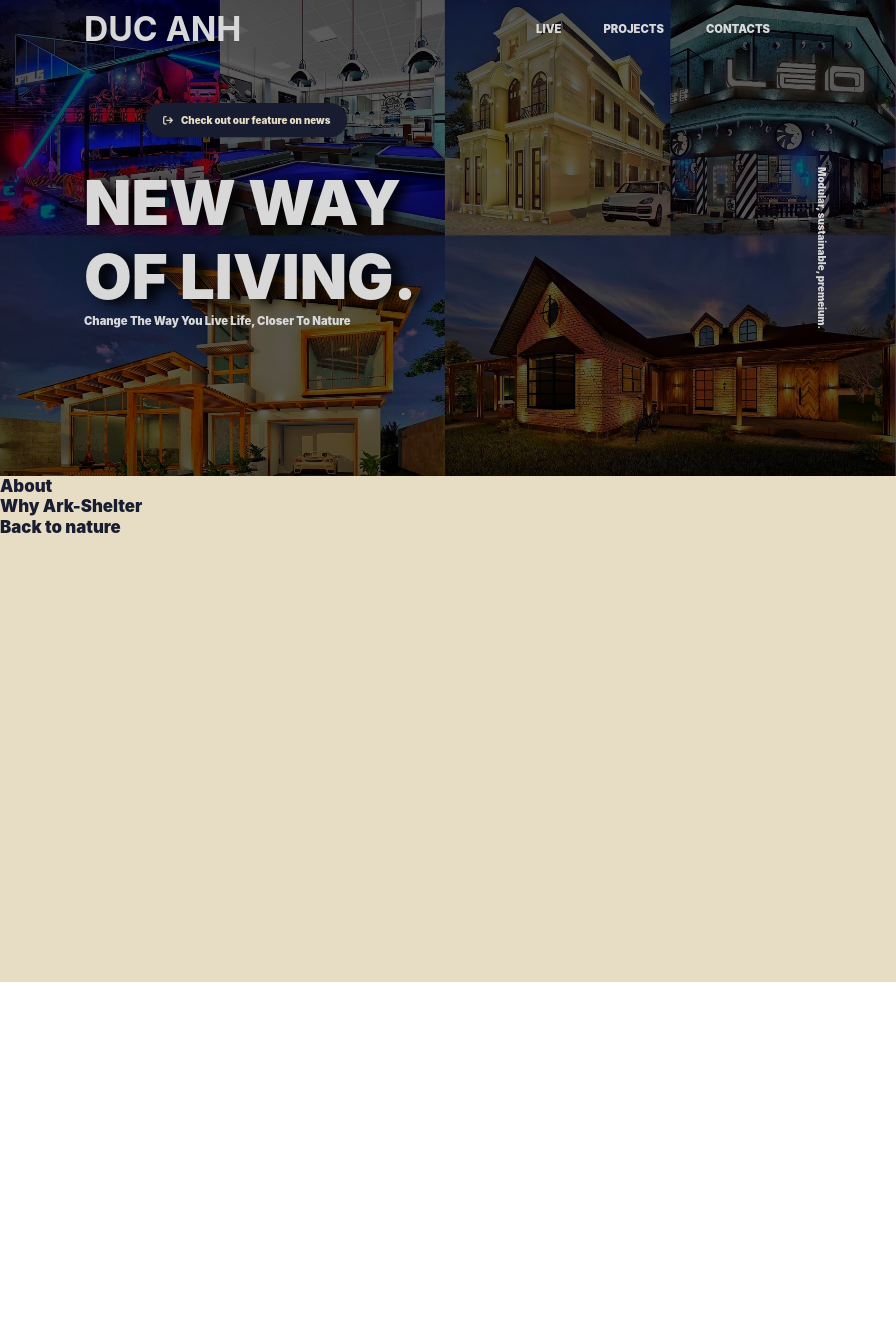
Repository: Ethanxcode/DucAnhNguyen
Page: index.html
These files come from the project's save history. The page is drawn as it stood at one moment and after the next save; the edit follows.
The browser window is 1280 px wide. The pictures show the part of the page from y = 0 to 1920 px (the page is 10000 px tall), at 70% of full size.

Above is the page before, as saved 2023-01-14 01:35:02.

### index.html
<!DOCTYPE html>
<html lang="en">
	<head>
		<meta charset="UTF-8" />
		<meta http-equiv="X-UA-Compatible" content="IE=edge" />
		<meta name="viewport" content="width=device-width, initial-scale=1.0" />
		<link rel="stylesheet" href="./style.css" />
		<link
			rel="stylesheet"
			href="https://cdnjs.cloudflare.com/ajax/libs/font-awesome/6.2.1/css/all.min.css"
		/>
		<!-- <link rel="stylesheet" type="text/css" href="/css/fonts.css" /> -->
		<title>DucAnhNguyen</title>
	</head>
	<body>
		<div id="root">
			<section class="container bgimage header">
				<div
					class="bg-image-holder"
					style="
						background-image: url(./Assets/241194850_2108411145980762_7904081432669109629_n.jpg);
					"
				></div>
				<nav class="navigation content-above">
					<ul class="headerMenu">
						<li>
							<a href=""><h2 class="textLogo">Duc Anh</h2></a>
						</li>
						<li class="subHeaderMenu">
							<ul>
								<li>
									<a href="#" class="inter-black-iron-16px">Live</a>
								</li>
								<li>
									<a href="#" class="inter-black-iron-16px">Projects</a>
								</li>
								<li>
									<a href="#" class="inter-black-iron-16px">Contacts</a>
								</li>
							</ul>
						</li>
					</ul>
				</nav>
				<nav class="heroSubNavigation">
					<button class="btn inter-black-almod-16px" style="margin-left: 88px">
						<i class="icon-margin-8px fa-solid fa-arrow-right-from-bracket"></i>
						Check out our feature on news
					</button>
					<h1 class="heroTitle">
						New way <br />
						of living.
					</h1>
					<p class="inter-black-iron-16px" style="text-transform: capitalize">
						change the way you live life, closer to nature
					</p>
					<p class="childrenSubNav">Modular, sustainable, premeium.</p>
				</nav>
			</section>

			<section class="AboutSection content-above">
				<header class="HeaderSection">
					<ul class="HeaderSectionMenu">
						<li>
							<h4 class="inter-black-eerie-black-24px">About</h4>
						</li>
						<li>
							<h4 class="inter-black-eerie-black-24px">Why Ark-Shelter</h4>
						</li>
						<li>
							<h4 class="inter-black-eerie-black-24px">Back to nature</h4>
						</li>
					</ul>
				</header>
				<div class="row">
					<div class="flex-col-1 flex-col">
						<div class="g"></div>
					</div>
				</div>
			</section>
		</div>
	</body>
</html>

### style.css
* {
	padding: 0;
	margin: 0;
	box-sizing: border-box;
}

html {
	height: 10000px;
}

:root {
	--custom-color-one: rgb(32, 45, 99, 01);
	--custom-color-two: rgb(232, 198, 113);
	--black: rgba(0, 0, 0, 1);
	--mirage: rgba(23, 28, 48, 1);
	--eerie-black: rgba(24, 29, 49, 1);
	--tundora-2: rgba(67, 66, 66, 0.8);
	--tundora: rgba(67, 66, 66, 0.8);
	--pablo: rgba(120, 113, 108, 1);
	--iron: rgba(216, 216, 216, 1);
	--almod: rgba(230, 221, 196, 1);

	--font-size-xxs: 16px;
	--font-size-xs: 22px;
	--font-size-s: 24px;
	--font-size-m: 28px;
	--font-size-l: 32px;
	--font-size-xl: 36px;
	--font-size-xxl: 48px;
	--font-size-xxxl: 128px;

	--font-family-inter: 'Inter';
	--font-family-roboto: 'Roboto';
}

.root {
	max-width: 1920px;
	max-height: 10000px;
}

.col {
	float: left;
	padding-left: 8px;
	padding-right: 8px;
}

.col-third {
	width: 33.33333%;
}

.col-half {
	width: 50%;
}

.col-full {
	width: 100%;
}

.col-sm-12 {
	position: relative;
	width: 100%;
	padding-right: 15px;
	padding-left: 15px;
}

.mt-8 {
	margin-top: 8px;
}

.mt-16 {
	margin-top: 16px;
}

.mt-32 {
	margin-top: 32px;
}

.row {
	display: flex;
	flex-wrap: wrap;
	width: 100%;
	margin-right: -15px;
	margin-left: -15px;
}

.first-sub-row {
	width: 100%;
	/* padding: 0 15px; */
	margin: 0 auto;
	flex: wrap;
	display: flex;
}

.second-sub-row {
	width: 100% !important;
	/* padding: 0 15px; */
	margin: 0 auto;
	justify-content: space-between;
}

/* Classes */
.inter-black-iron-16px {
	color: var(--iron);
	font-family: var(--font-family-inter);
	font-size: var(--font-size-xxs);
	font-weight: 900;
	font-style: normal;
	text-transform: uppercase;
	user-select: none;
}

.inter-black-iron-24px {
	color: var(--iron);
	font-family: var(--font-family-inter);
	font-size: var(--font-size-s);
	font-weight: 900;
	font-style: normal;
	user-select: none;
}

.inter-black-eerie-black-24px {
	color: var(--eerie-black);
	font-family: var(--font-family-inter);
	font-size: var(--font-size-s);
	font-weight: 900;
	font-style: normal;
}

.inter-medium-black-24px {
	color: var(--black);
	font-family: var(--font-family-inter);
	font-size: var(--font-size-s);
	font-weight: 500;
	font-style: normal;
}

.inter-medium-black-32px {
	color: var(--black);
	font-family: var(--font-family-inter);
	font-size: var(--font-size-l);
	font-weight: 500;
	font-style: normal;
}

.inter-medium-tundora-28px {
	color: var(--tundora);
	font-family: var(--font-family-roboto);
	font-size: var(--font-size-m);
	font-weight: 500;
	font-style: normal;
}

.inter-medium-tundora-28px-2 {
	color: var(--tundora-2);
	font-family: var(--font-family-inter);
	font-size: var(--font-size-m);
	font-weight: 500;
	font-style: normal;
}

.inter-medium-tundora-28px-2 {
	color: var(--tundora);
	font-family: var(--font-family-inter);
	font-size: var(--font-size-m);
	font-weight: 500;
	font-style: normal;
}

.btn {
	text-decoration: none;
	padding: 16px 24px;
	margin: 0;
	background-color: var(--mirage);
	color: var(--almod);
	font-weight: 500;
	display: inline-block;
	box-shadow: 0 4px 30px rgb(0 0 0 / 10%);
	transition: 0.3s ease;
	border: none;
	/* position: relative; */
	text-align: center;
	border-radius: 100px;
	font-family: var(--font-family-inter);
	font-size: 14px;
	font-weight: 900;
	font-style: normal;
}
.icon-margin-8px {
	margin-right: 8px;
}
.btn:hover {
	background-color: rgba(11, 16, 41, 0.85);
	color: rgb(233, 200, 117);
	cursor: pointer;
}

.btn:hover:before {
	opacity: 0.07;
	visibility: visible;
}

.btn:hover {
	/* color: #212529; */
	text-decoration: none;
}

.btn--xs {
	line-height: 42px;
	padding: 0 19px;
	font-size: 15px;
	margin: 0px 8px;
}

.btn--news-xs {
	line-height: 36px;
	padding: 6px 20px;
	font-size: 15px;
}

.btn--news-xs > a {
	line-height: 36px;
	/* padding: 4px 16px; */
	font-size: 20px;
	color: #fff;
	font-weight: 400;
}

.news-btn {
	margin-top: 16px;
}

.btn-form--xs {
	line-height: 36px;
	padding: 0 19px;
	font-size: 15px;
}

.btn--lg,
.btn-lg {
	line-height: 55px;
	font-size: 16px;
	min-width: 195px;
}

.heroTitle {
	color: var(--iron);
	font-family: var(--font-family-inter);
	font-size: 88px;
	font-weight: 900;
	letter-spacing: 0;
	line-height: normal;
	margin-top: 40px;
	min-height: 150px;
	text-transform: uppercase;
	/* width: 752px; */
	text-shadow: 14px 4px 16px #000;
	user-select: none;
}

.textLogo {
	text-transform: uppercase;
	color: var(--iron);
	font-family: var(--font-family-inter);
	font-size: var(--font-size-xxl);
	font-weight: 900px;
	letter-spacing: 0;
	line-height: normal;
	/* min-height: 94px; */
	/* min-width: 334px; */
	user-select: none;
}

.container {
	width: 100%;
	padding-right: 120px;
	padding-left: 120px;
	margin-right: auto;
	margin-left: auto;
}

.content-above {
	position: relative;
	z-index: 2;
	user-select: none;
}

.bg-image-holder {
	position: absolute;
	height: 100%;
	width: 100%;
	top: 0;
	left: 0;
	background-size: cover;
	/* background-position: 50% 50% !important; */
	z-index: 0;
	filter: brightness(36%) contrast(100%) saturate(180%);
	box-shadow: inset 0px -36px 100px rgba(0, 0, 0, 0.25);
	-webkit-backdrop-filter: brightness(36%) contrast(100%) saturate(180%);
	/* scale: (5px); */
	/* -webkit-transition: opacity 0.3s linear; */
}

.navigation {
	margin-bottom: 64px;
}

.heroSubNavigation {
	width: 100%;
	position: relative;
}

/* .navigation .subNavigation {
	display: table;
	vertical-align: middle;
	text-align: center;
	width: 100%;
	height: 100%;
} */

.childrenSubNav {
	color: var(--iron);
	font-family: var(--font-family-inter);
	font-size: 14px;
	font-weight: 900;
	position: absolute;
	/* margin-bottom: 61px; */
	margin-right: -130px;
	/* min-height: 27px; */
	/* min-width: 360px; */
	transform: rotate(90deg);
	/* position: relative; */
	right: 0;
	top: 62%;
}

.hero-area .hero-content .content-wrapper {
	display: table-cell;
	vertical-align: middle;
}

.headerMenu {
	align-items: center;
	display: flex;
	justify-content: space-between;
}

.headerMenu > li {
	display: inline-block;
	/* padding: 12px 0; */
	/* margin-right: 30px; */
	list-style: none;
}

a {
	text-decoration: none;
}

.subHeaderMenu > ul {
	flex-direction: row;
	display: flex;
}

.subHeaderMenu > ul > li {
	list-style: none;
	line-height: 34px;
	margin-right: 60px;
	padding: 24px 0;
}

subHeaderMenu > ul > li > a {
	/* gap: 0.5em; */
	text-decoration: none;
}

.subHeaderMenu > ul > li > a:hover {
	cursor: pointer;
	gap: 0.5em;
	color: var(--pablo);
	/* background-color: #fffd; */
	/* backdrop-filter: blur(10px) saturate(160%) contrast(180%); */
}

.header {
	height: 680px;
}

.AboutSection {
	background-color: var(--almod);
	height: 723px;
	/* position: relative; */
	width: 100%;
}

.section-margin-top {
	margin-top: 220px;
}

.bgimage:before {
	z-index: 1;
}

After the next save:
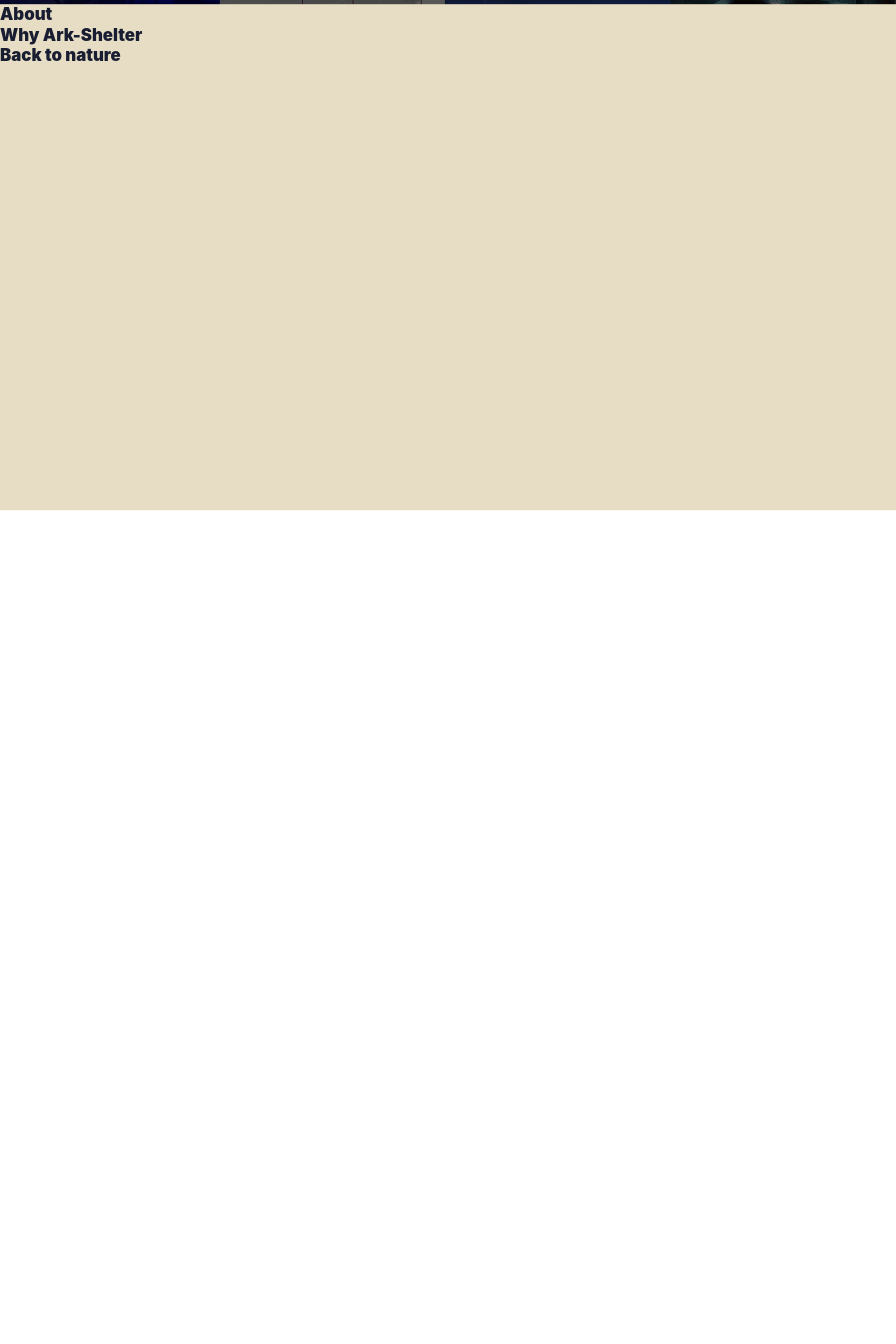
Saved 9 s later.
--- a/style.css
+++ b/style.css
@@ -381,7 +381,7 @@
 }
 
 .header {
-	height: 680px;
+	height: 6px;
 }
 
 .AboutSection {

After the save that followed:
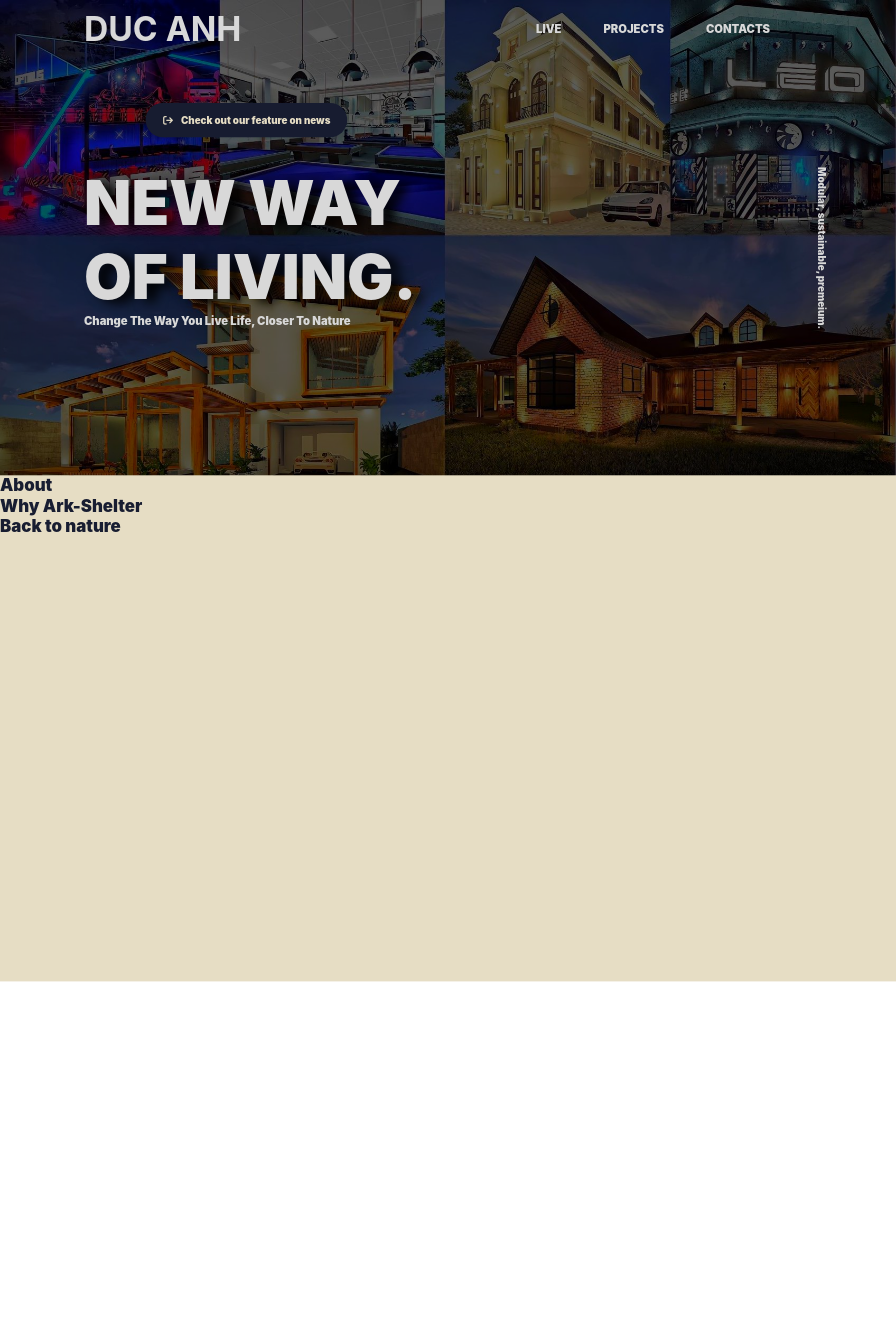
Saved 6 s later.
--- a/style.css
+++ b/style.css
@@ -381,7 +381,7 @@
 }
 
 .header {
-	height: 6px;
+	height: 679px;
 }
 
 .AboutSection {
